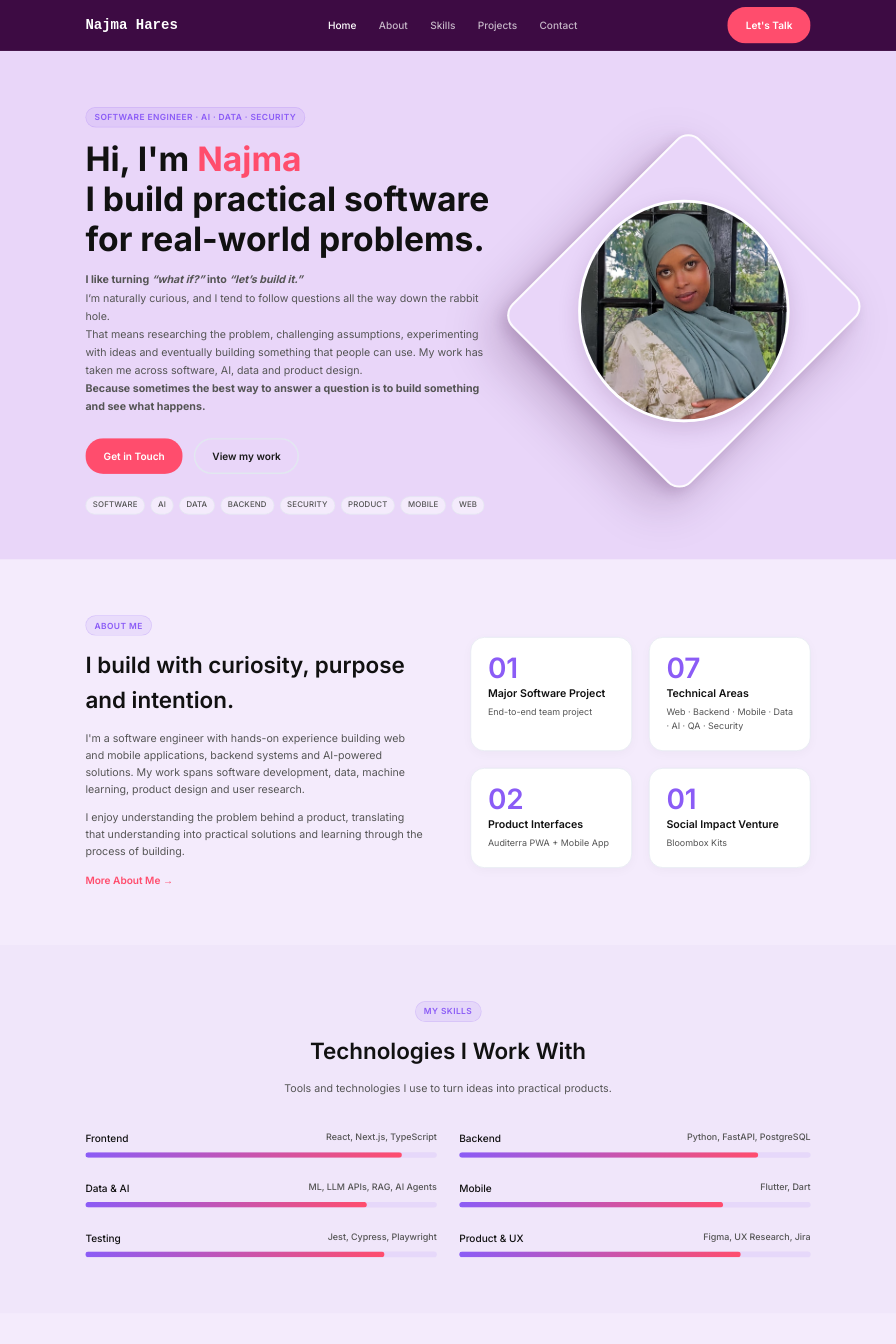
Repository: najmahares/portfolio
Page: index.html
An editor plug-in stored every save of this project. The page is shown before and after the next save, followed by the edit.
The browser window is 1280 px wide. The pictures show the part of the page from y = 0 to 1920 px (the page is 3287 px tall), at 70% of full size.

Above is the page before, as saved 2026-09-19 07:03:41.

After the next save:
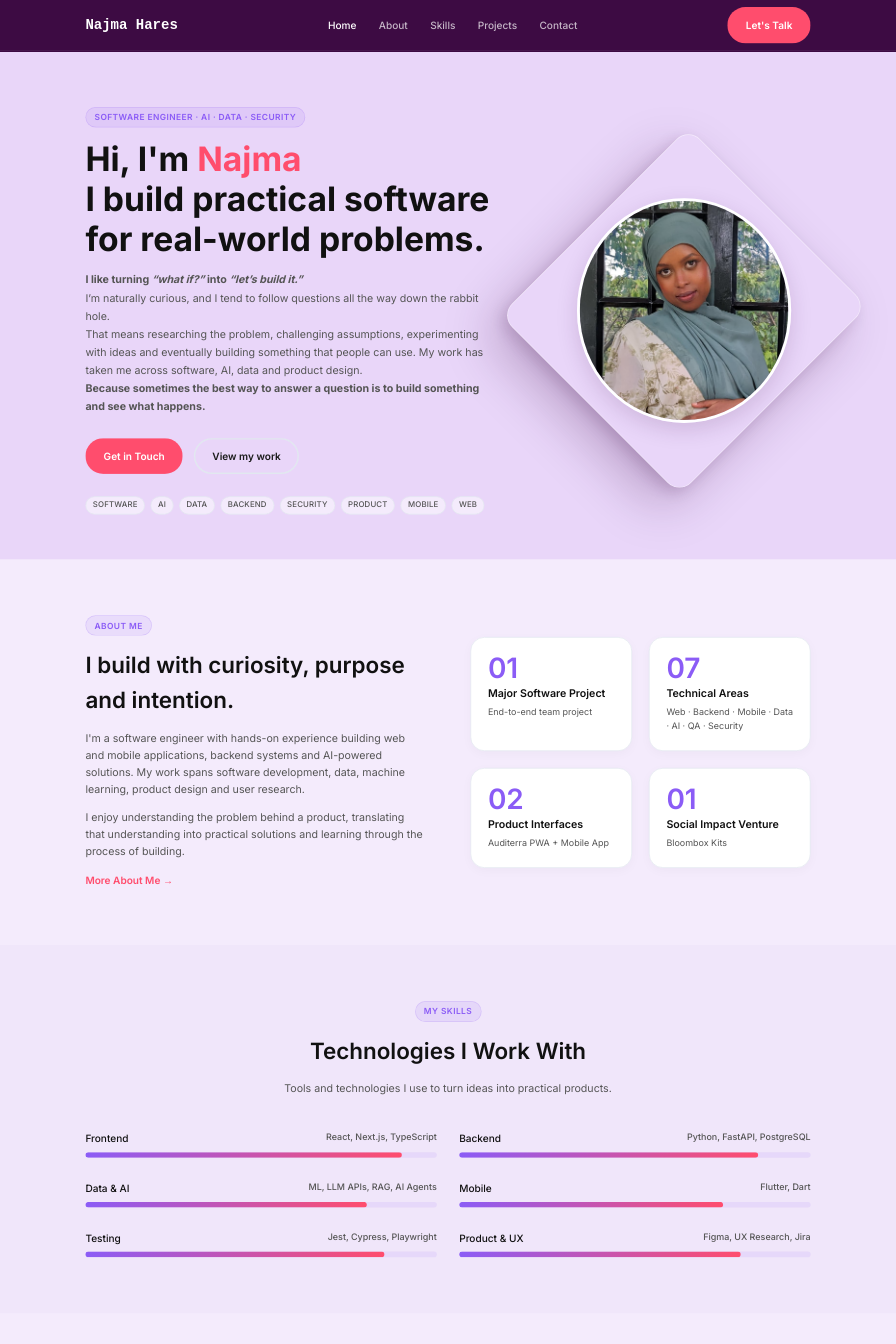
Saved 58 s later.
--- a/css/style.css
+++ b/css/style.css
@@ -521,8 +521,6 @@ p {
     transform 0.5s ease,
     box-shadow 0.5s ease;
   transform: rotate(45deg);
-
-  border: 3px solid rgba(255, 255, 255, 0.9);
 }
 
 .avatar-graphic:hover {
